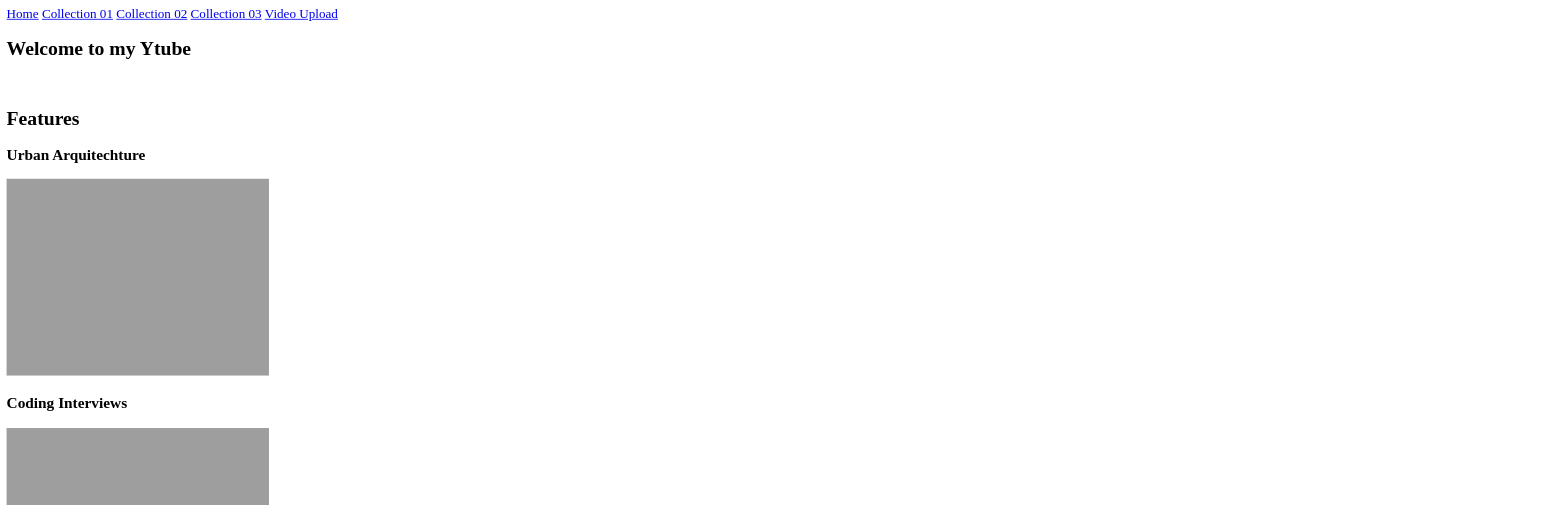
Repository: JoaoLemesDEV/Project-MyTube
Page: index.html
An editor plug-in stored every save of this project. The page is shown before and after the next save, followed by the edit.
The browser window is 1280 px wide. The page is 1912 px wide, so the pictures cover 1912 px, including what lies to the right of the window. The pictures show the part of the page from y = 0 to 616 px (the page is 1684 px tall before and 1678 px after), at 82% of full size.
Pictures or frames that could not be fetched are drawn as grey boxes.

Above is the page before, as saved 2021-10-10 20:58:31.

### index.html
<!DOCTYPE html>
<html lang="en">
<head>
  <meta charset="UTF-8">
  <meta http-equiv="X-UA-Compatible" content="IE=edge">
  <meta name="viewport" content="width=device-width, initial-scale=1.0">
  <title>My Ytube Website</title>
</head>
<body>
  <nav>
    <a href="/">Home</a>
    <a href="/collection1.html">Collection 01</a>
    <a href="/collection2.html">Collection 02</a>
    <a href="/collection3.html">Collection 03</a>
    <a href="/video_upload_page.html">Video Upload</a>
  </nav>

  <header>
    <h2>Welcome to my Ytube</h2>
  </header>

  <br><h2>Features</h2>

  <section id="collection01">
    <h3>Urban Arquitechture</h3>
    <iframe width="320" height="240" src="https://www.youtube.com/embed/vxWjtpzCIfA" title="YouTube video player" frameborder="0" allow="accelerometer; autoplay; clipboard-write; encrypted-media; gyroscope; picture-in-picture"></iframe>
    <h3>Coding Interviews</h3>
    <iframe width="320" height="240" src="https://www.youtube.com/embed/r1MXwyiGi_U" title="YouTube video player" frameborder="0" allow="accelerometer; autoplay; clipboard-write; encrypted-media; gyroscope; picture-in-picture"></iframe>
    <h3>Japan Aesthetic</h3>
    <iframe width="1904" height="847" src="https://www.youtube.com/embed/Et7O5-CzJZg" title="YouTube video player" frameborder="0" allow="accelerometer; autoplay; clipboard-write; encrypted-media; gyroscope; picture-in-picture"></iframe>
  </section>


</body>
<footer></footer>
</html>

After the next save:
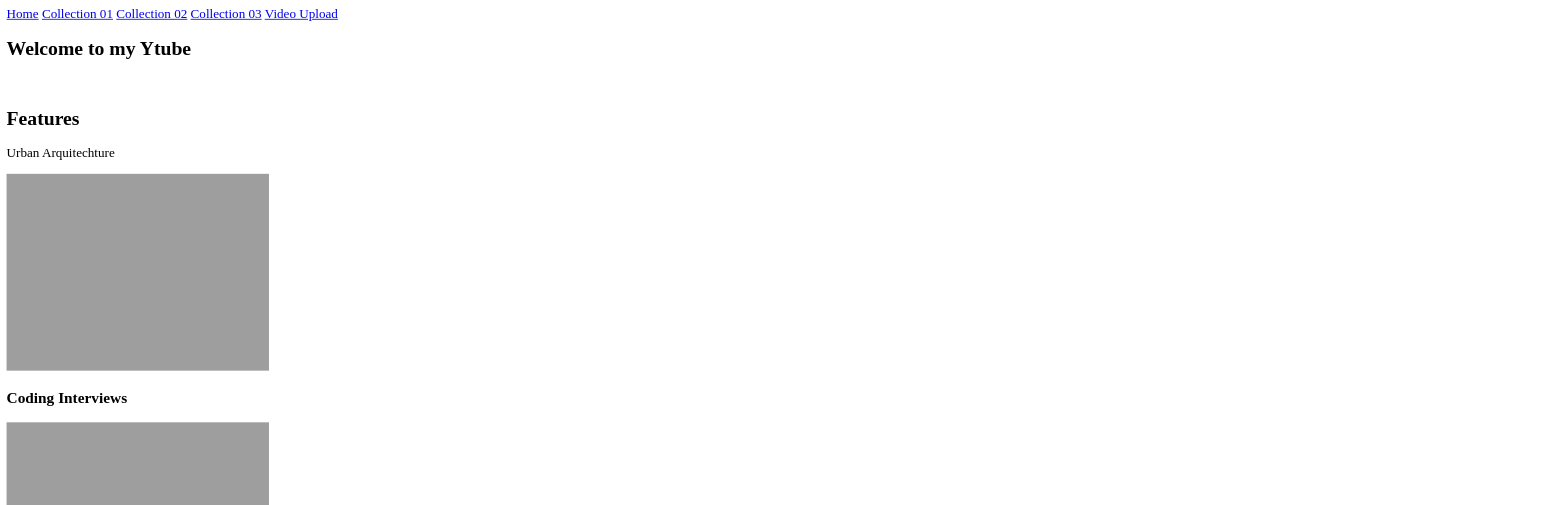
Saved 8 s later.
--- a/index.html
+++ b/index.html
@@ -22,7 +22,7 @@
   <br><h2>Features</h2>
 
   <section id="collection01">
-    <h3>Urban Arquitechture</h3>
+    <p>Urban Arquitechture</p>
     <iframe width="320" height="240" src="https://www.youtube.com/embed/vxWjtpzCIfA" title="YouTube video player" frameborder="0" allow="accelerometer; autoplay; clipboard-write; encrypted-media; gyroscope; picture-in-picture"></iframe>
     <h3>Coding Interviews</h3>
     <iframe width="320" height="240" src="https://www.youtube.com/embed/r1MXwyiGi_U" title="YouTube video player" frameborder="0" allow="accelerometer; autoplay; clipboard-write; encrypted-media; gyroscope; picture-in-picture"></iframe>

After the save that followed:
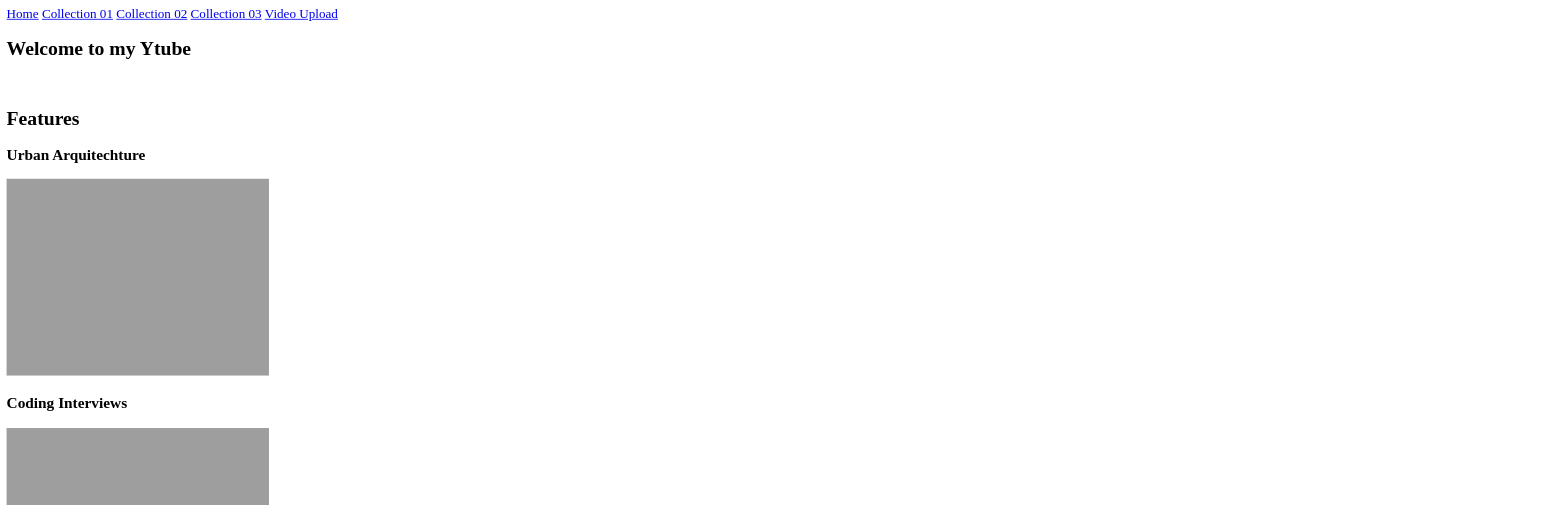
Saved 12 s later.
--- a/index.html
+++ b/index.html
@@ -22,7 +22,7 @@
   <br><h2>Features</h2>
 
   <section id="collection01">
-    <p>Urban Arquitechture</p>
+    <h3>Urban Arquitechture</h3>
     <iframe width="320" height="240" src="https://www.youtube.com/embed/vxWjtpzCIfA" title="YouTube video player" frameborder="0" allow="accelerometer; autoplay; clipboard-write; encrypted-media; gyroscope; picture-in-picture"></iframe>
     <h3>Coding Interviews</h3>
     <iframe width="320" height="240" src="https://www.youtube.com/embed/r1MXwyiGi_U" title="YouTube video player" frameborder="0" allow="accelerometer; autoplay; clipboard-write; encrypted-media; gyroscope; picture-in-picture"></iframe>
